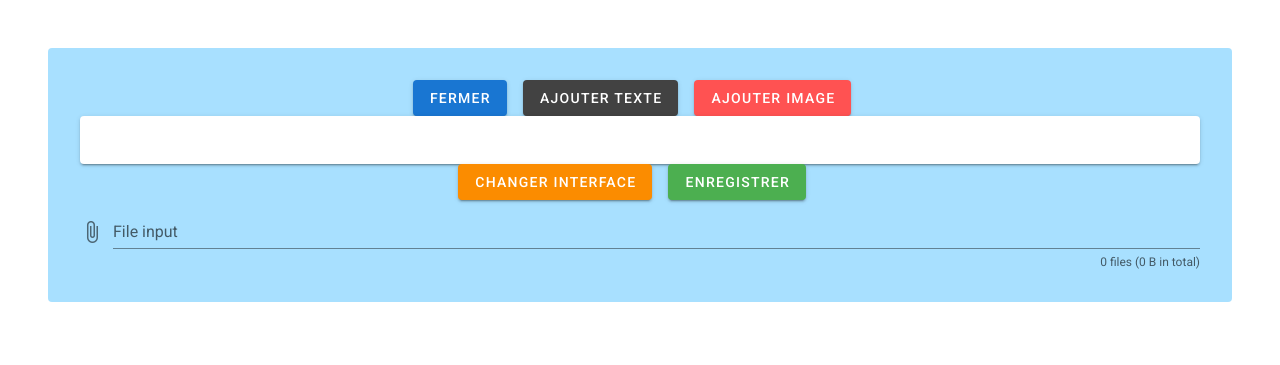
Repository: Hamagistral/BannerApp-Vue
Page: /#/dynamicPage
These files come from the project's save history. The page is drawn as it stood at one moment and after the next save; the edit follows.
The browser window is 1280 px wide. The pictures show the whole page.
The project was rebuilt for these pictures with package versions that can differ from the ones it lists, and the page was loaded fresh each time. Also part of the build but not shown: vue.config.js, src/components/WidgetText.vue, src/components/WidgetImage.vue, src/components/Home.vue.

Above is the page before, as saved 2023-02-07 01:43:40.

After the next save:
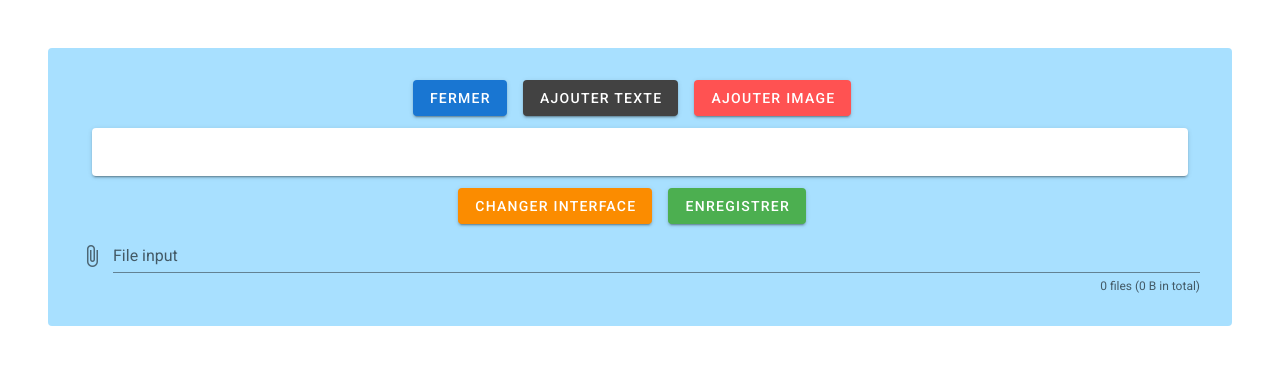
Saved 13 s later.
--- a/src/components/DynamicPage.vue
+++ b/src/components/DynamicPage.vue
@@ -14,7 +14,8 @@
           Ajouter Image
         </v-btn>
 
-        <v-text-field v-model="color" v-mask="mask" hide-details class="ma-0 pa-0" solo>
+        <v-col class="shrink" style="min-width: 220px;">
+				<v-text-field v-model="color" v-mask="mask" hide-details class="ma-0 pa-0" solo>
 					<template v-slot:append>
 						<v-menu v-model="menu" top nudge-bottom="105" nudge-left="16" :close-on-content-click="false">
 							<template v-slot:activator="{ on }">
@@ -28,6 +29,7 @@
 						</v-menu>
 					</template>
 				</v-text-field>
+			</v-col>
 
         <v-btn color="warning" class="mr-4">
           Changer Interface
